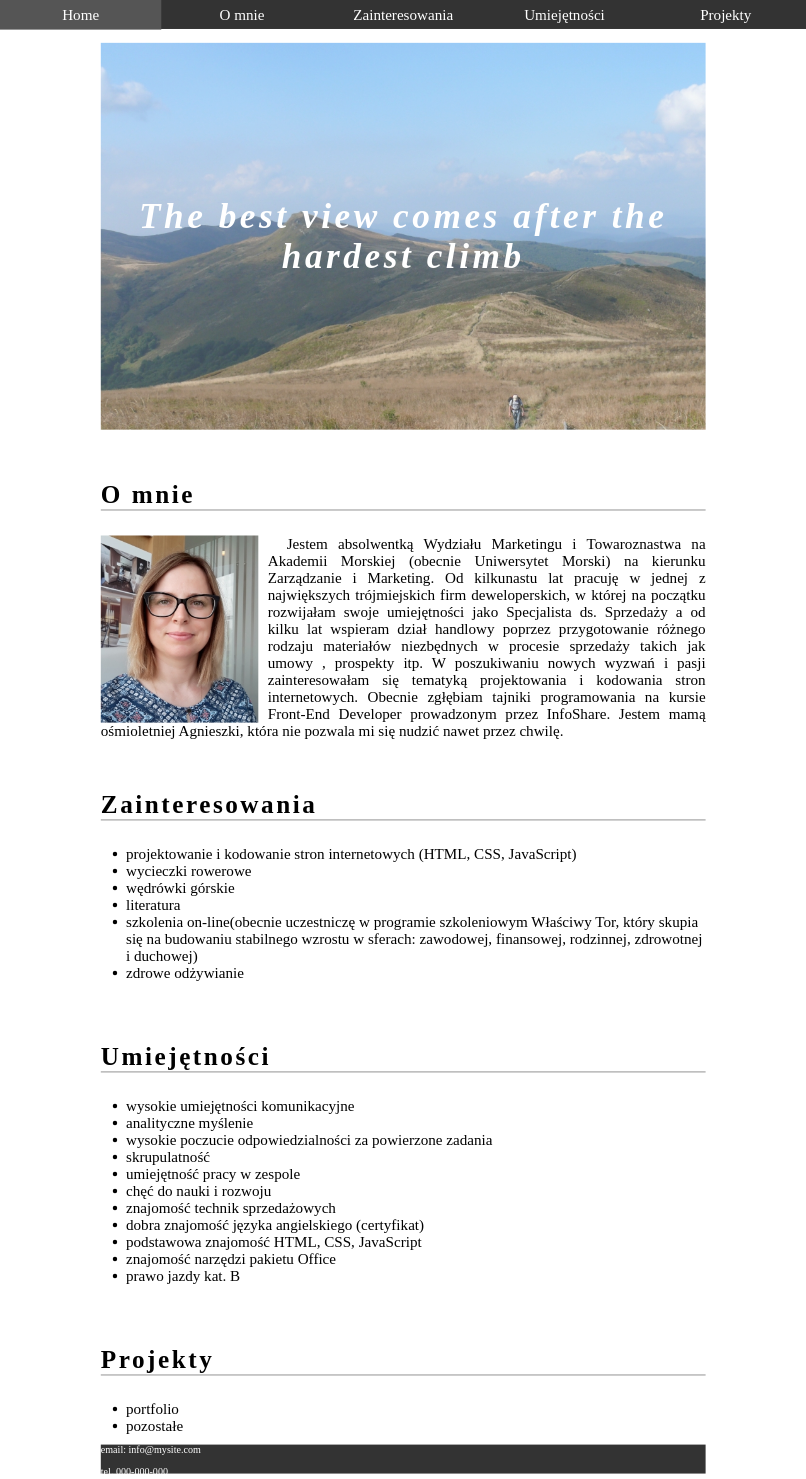
Repository: MagJaw/portfolio
Page: portfolio.html
These files come from the project's save history. The page is drawn as it stood at one moment and after the next save; the edit follows.
The browser window is 1280 px wide. The pictures show the whole page, at 63% of full size.

Above is the page before, as saved 2018-11-12 23:50:28.

After the next save:
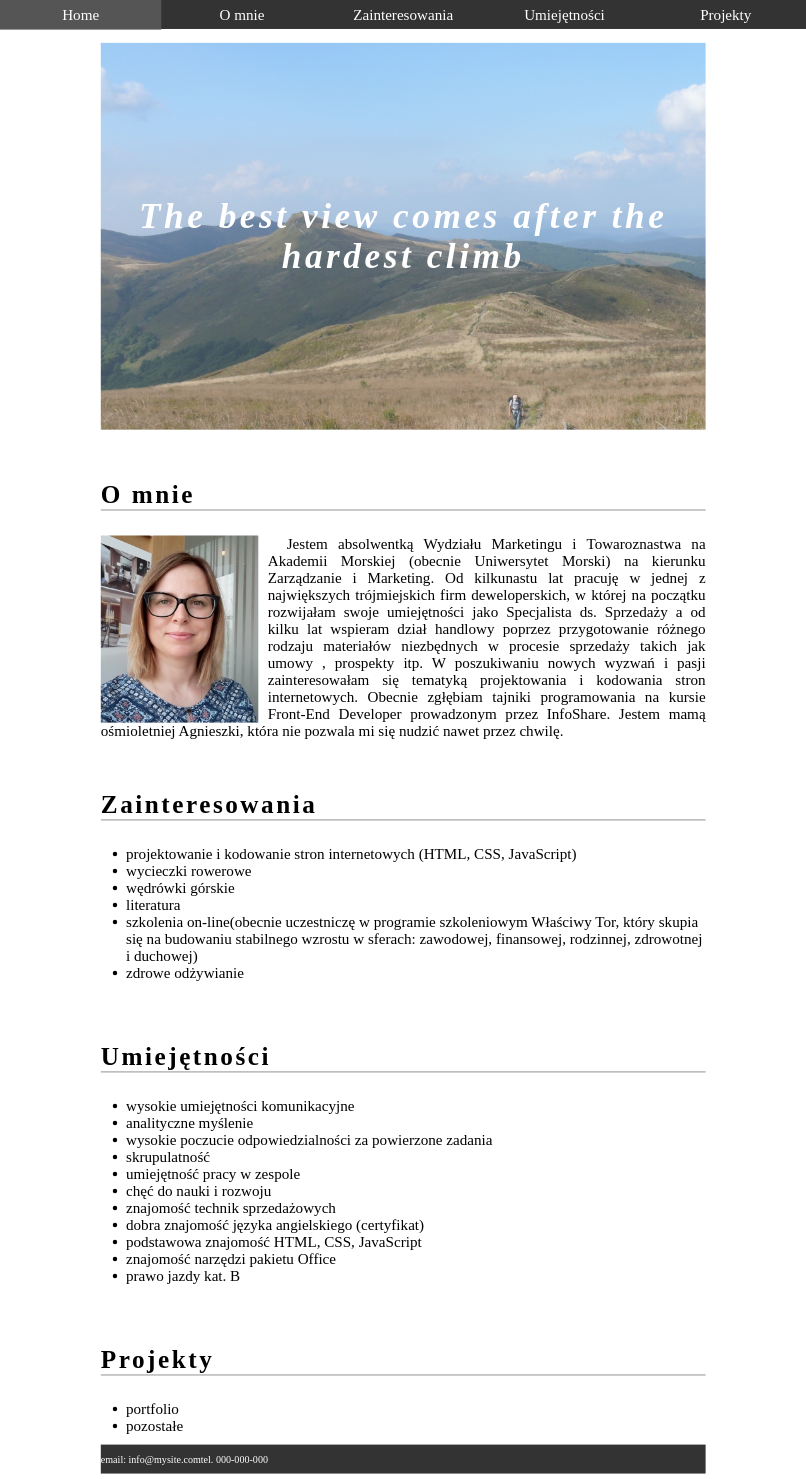
Saved 34 s later.
--- a/main.css
+++ b/main.css
@@ -78,12 +78,13 @@ text-align: justify;
 height: 46px;
 background: #333;
 bottom: 0;
+display: flex;
 }
 
 #footer p {
 color: #fff;
 font-size: 1em;
-display: flex;
+display: block;
 
 }
 
